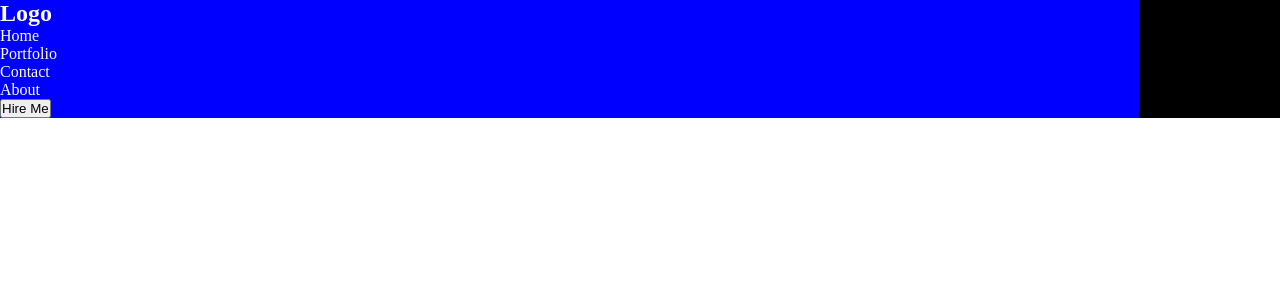
Repository: DevAntonioRogers/vanilla-responsive-navbar
Page: index.html
These files come from the project's save history. The page is drawn as it stood at one moment and after the next save; the edit follows.
The browser window is 1280 px wide. The pictures show the whole page.

Above is the page before, as saved 2023-06-04 21:02:03.
Console error: TypeError: Cannot read properties of null (reading 'addEventListener')

After the next save:
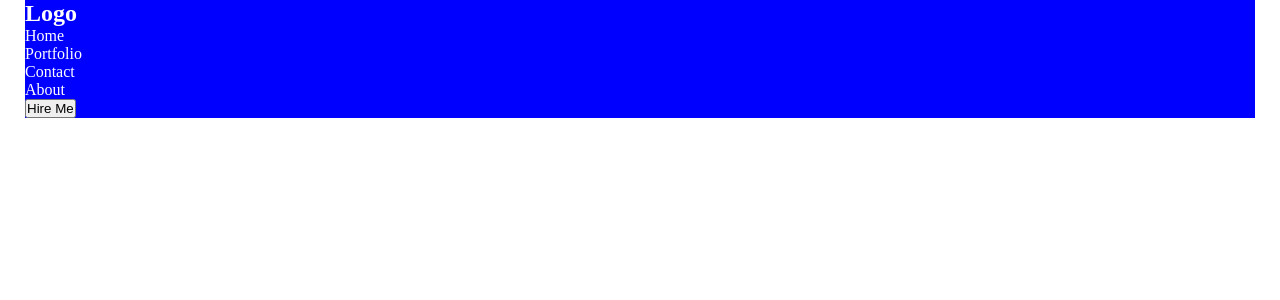
Saved 113 s later.
--- a/style.css
+++ b/style.css
@@ -6,10 +6,10 @@
 
 nav {
   background-color: black;
-  color: white;
+  margin: 0 25px;
 }
 
 .nav-container {
   background-color: blue;
-  width: 89%;
+  color: white;
 }
